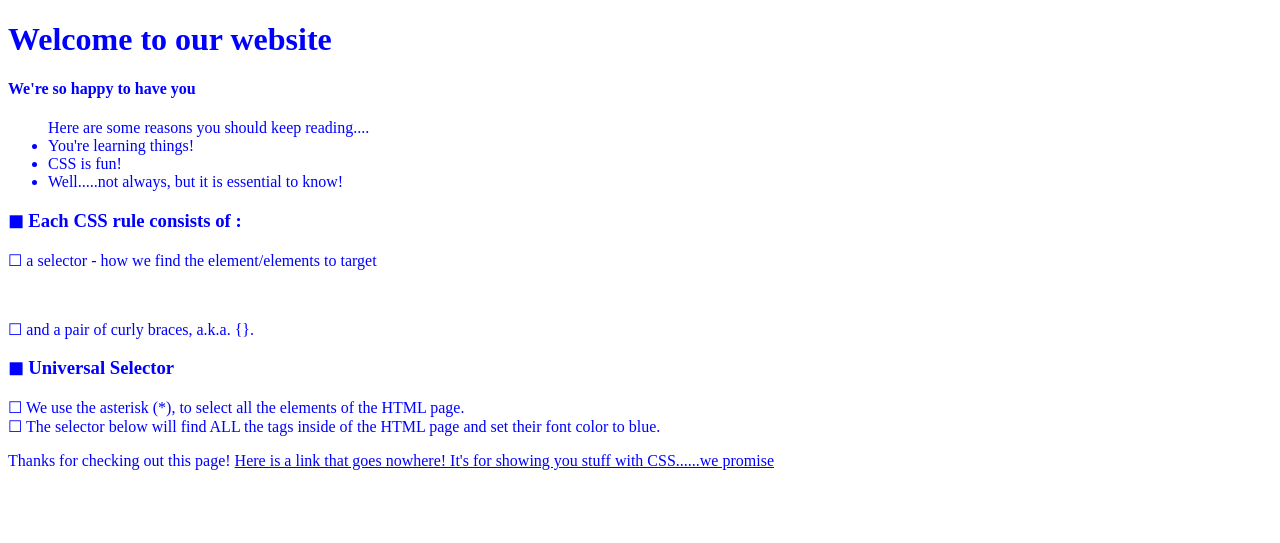
Repository: AnnaSpirit/Tests__
Page: CSS/Useful_Selectors.html
These files come from the project's save history. The page is drawn as it stood at one moment and after the next save; the edit follows.
The browser window is 1280 px wide. The pictures show the whole page.

Above is the page before, as saved 2024-04-01 12:18:39.

### CSS/Useful_Selectors.html
<!DOCTYPE html>
<html lang="en">
<head>
    <meta charset="UTF-8">
    <meta name="viewport" content="width=device-width, initial-scale=1.0">
    <title>Useful Selectors</title>
    <link rel="stylesheet" href="style_Selectors.css">
</head>
<body>
    <header>
        <h1>Welcome to our website</h1>
        <h4>We're so happy to have you</h4>
    </header>
    <section>
        <ul> Here are some reasons you should keep reading....
            <li>You're learning things!</li>
            <li>CSS is fun!</li>
            <li>Well.....not always, but it is essential to know!</li>
        </ul>
    </section>
    <section>
        <h3> &#9724; Each CSS rule consists of :</h3>
            <p> &#9744; a selector - how we find the element/elements to target</p><br>
            <p> &#9744; and a pair of curly braces, a.k.a. {}.</p>
            <p></p>
        </h3>
        <h3> &#9724; Universal Selector</h3>
        <p>&#9744; We use the asterisk (*), to select all the elements of the HTML page. <br>
        &#9744; The selector below will find ALL the tags inside of the HTML page and set their font color to blue.</p>
    </section>
    <footer>
        <p>
            Thanks for checking out this page!
            <a href="#">Here is a link that goes nowhere! It's for showing you stuff with CSS......we promise</a>
        </p>
    </footer>
</body>
</html>

### CSS/style_Selectors.css
/* Universal Selector */
* {
    color: blue;
}

After the next save:
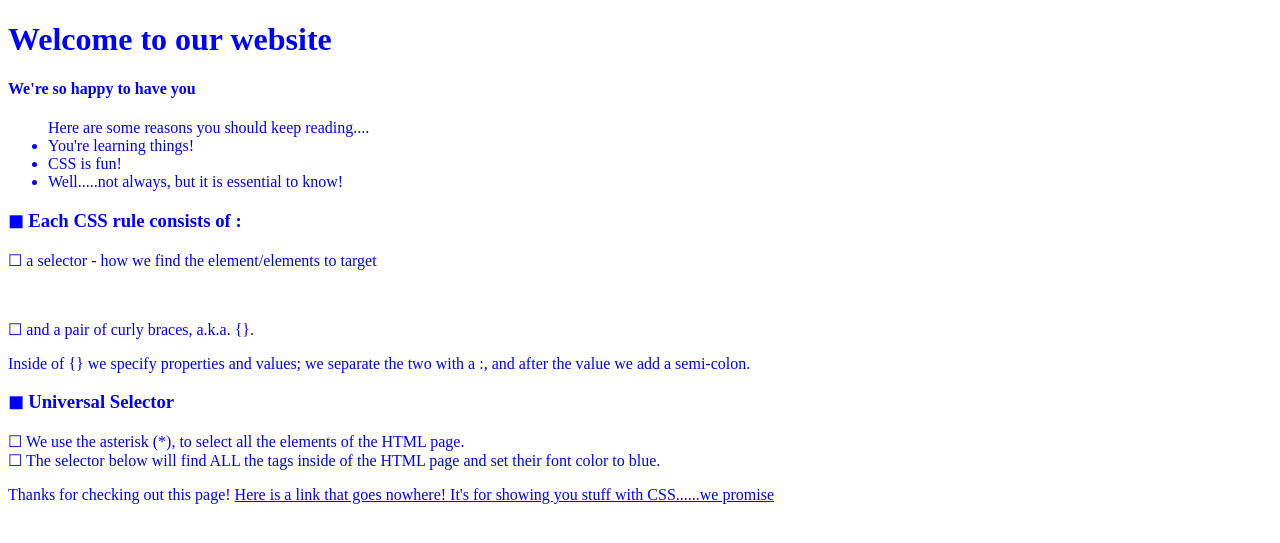
Saved 9 s later.
--- a/CSS/Useful_Selectors.html
+++ b/CSS/Useful_Selectors.html
@@ -22,7 +22,7 @@
         <h3> &#9724; Each CSS rule consists of :</h3>
             <p> &#9744; a selector - how we find the element/elements to target</p><br>
             <p> &#9744; and a pair of curly braces, a.k.a. {}.</p>
-            <p></p>
+            <p>Inside of {} we specify properties and values; we separate the two with a :, and after the value we add a semi-colon.</p>
         </h3>
         <h3> &#9724; Universal Selector</h3>
         <p>&#9744; We use the asterisk (*), to select all the elements of the HTML page. <br>
